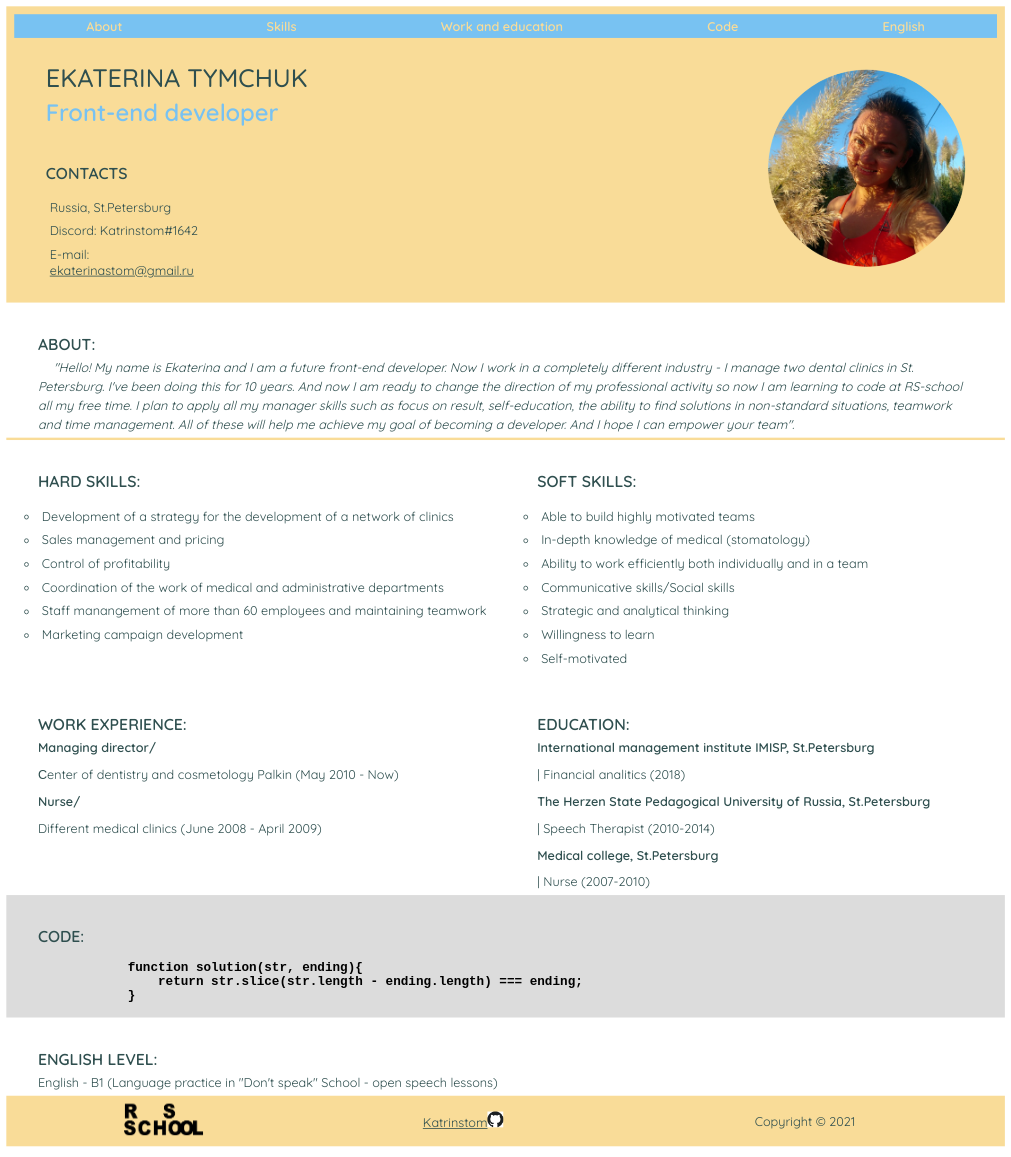
Repository: Katrinstom/rsschool-cv
Page: index.html
These files come from the project's save history. The page is drawn as it stood at one moment and after the next save; the edit follows.
The browser window is 1280 px wide. The pictures show the whole page, at 79% of full size.

Above is the page before, as saved 2022-01-02 23:02:50.

### index.html
<!DOCTYPE html>
<html lang="en">
<head>
    <meta charset="UTF-8">
    <meta http-equiv="X-UA-Compatible" content="IE=edge">
    <meta name="viewport" content="width=device-width, initial-scale=1.0">
    <title>CV</title>
    <link type="text/css" rel="stylesheet" href="style.css"/>
    <link rel="preconnect" href="https://fonts.googleapis.com">
<link rel="preconnect" href="https://fonts.gstatic.com" crossorigin>
<link href="https://fonts.googleapis.com/css2?family=Quicksand:wght@400;500;600&display=swap" rel="stylesheet">
</head>
<body>
    <header class="bigblock section">
            <nav class="nav">
                <ul class="navlist">
                    <li class="nav-item"><a href="#about">About</a></li>
                    <li class="nav-item"><a href="#skills">Skills</a></li>
                    <li class="nav-item"><a href="#workandeducation">Work and education</a></li>
                    <li class="nav-item"><a href="#code">Code</a></li>
                    <li class="nav-item"><a href="#english">English</a></li>
                </ul>
            </nav>
                <img class="pic" src="images/1909_oooo.plus.png" alt="itsme" width="250" height="250">
                <h1>Ekaterina Tymchuk</h1>
                <h2>Front-end developer</h2>
                <h4>Contacts</h4>
                <ul class="nonumber">
                    <li>Russia, St.Petersburg</li>
                    <li>Discord: Katrinstom#1642</li>
                    <li>E-mail:<a href="mailto:ekaterinastom@gmail.com"> ekaterinastom@gmail.ru</a></li>
                </ul>
        </header>
    <main class="section">
        <article>
            <div class="about" id="about">
                <h4>About:</h4>
                <p>"Hello! My name is Ekaterina and I am a future front-end developer. Now I work in a completely different industry - I manage two dental clinics in St. Petersburg. I've been doing this for 10 years. And now I am ready to change the direction of my professional activity so now I am learning to code at RS-school all my free time. I plan to apply all my manager skills such as focus on result, self-education, the ability to find solutions in non-standard situations, teamwork and time management. All of these will help me achieve my goal of becoming a developer. And I hope I can empower your team".</p>
            </div>
        </article>
        <section class="conteiner">
            <div class="skills" id="skills">
                <h4>Hard skills:</h4>
                <ul>
                    <li>Development of a strategy for the development of a network of clinics</li>
                    <li>Sales management and pricing</li>
                    <li>Control of profitability</li>
                    <li>Coordination of the work of medical and administrative departments</li>
                    <li>Staff manangement of more than 60 employees and maintaining teamwork</li>
                    <li>Marketing campaign development</li>
                </ul>
            </div>
            <div class="skills" id="skills">
                <h4>Soft skills:</h4>
                <ul>
                    <li>Able to build highly motivated teams</li>
                    <li>In-depth knowledge of medical (stomatology)</li>
                    <li>Ability to work efficiently both individually and in a team</li>
                    <li>Communicative skills/Social skills</li>
                    <li>Strategic and analytical thinking</li>
                    <li>Willingness to learn</li>
                    <li>Self-motivated</li>
                </ul>
            </div>
        </section>
        <section class="conteiner">
            <div style="clear:both"></div>
            <div class="workandeducation" id="workandeducation">
                <h4>Work experience:</h4>
                <b>Managing director/</b>
                <p>Сenter of dentistry and cosmetology Palkin (May 2010 - Now)</p>
                <b>Nurse/</b>
                <p>Different medical clinics (June 2008 - April 2009)</p>
            </div>
            <div class="workandeducation" id="workandeducation">
                <h4>Education:</h4>
                <b>International management institute IMISP, St.Petersburg</b>
                <p>| Financial analitics (2018)</p>
                <b>The Herzen State Pedagogical University of Russia, St.Petersburg</b>
                <p>| Speech Therapist (2010-2014)</p>
                <b>Medical college, St.Petersburg</b>
                <p>| Nurse (2007-2010)</p>
            </div>
        </section>
        <section>
            <div class="code" id="code">
                <h4>Code:</h4>
                <pre><code>
                function solution(str, ending){
                    return str.slice(str.length - ending.length) === ending;
                }
                </code></pre>
            </div>
            <div class="english" id="english">
            <h4>English level:</h4>
            <p>English - B1 (Language practice in "Don't speak" School - open speech lessons)</p>
            </div>
        </section>
    </main>
        <footer class="footer section">
            <div class="flexcont">
                <a href="https://rs.school/js/"><img src="images/logo-rsschool3.png" alt="logo-rsschool3" width="100" height="40"></a>
                <a href="https://github.com/Katrinstom">Katrinstom<img src="images/gitpic.png" alt="gitlogo" width="20" height="20"></a>
                <p>Copyright © 2021</p>
             </div>
        </footer>
</body>
</html>

### style.css
html {
    scroll-behavior: smooth;
}
.section {
    max-width: 1280px;
    margin: 0 auto;
    flex-direction: column;
}
main {
    display: flex;
}
.bigblock {
    height: auto;
    background-color: #f9dc98;
    padding: 10px;
}
.nav {
    background-color: #78c2f2;
}
.navlist {
    display: flex;
    justify-content: space-around;
    align-items: center;
    padding: 0;
    margin: 0;
}
.nav-item {
    list-style: none;
}
.nav-item a {
    text-decoration: none;
    color: #f9dc98;
    font-weight: 600;
}
.nav-item a:hover {
    background-color:darkslategray;
    transition: 0.5s;
}
body {
    font-family: 'Quicksand', sans-serif;
}
h1 {
  padding: 30px 40px 5px;
  text-align: left;
  font-family:'Quicksand', sans-serif;
  font-weight: 500;
  font-size: 32px;
  text-transform: uppercase;
  color:darkslategray;
  margin: 0;
}
h2 {
    padding: 0px 40px 5px;
    text-align: left;
    font-family:'Quicksand', sans-serif;
    font-size: 30px;
    color:#78c2f2;
    margin: 0;
}
h3 {
    padding: 0px 40px 5px;
    text-align: left;
    font-family:'Quicksand', sans-serif;
    font-size: 25px;
    color:darkgrey;
    margin: 0;
}
h4 {
    font-family:'Quicksand', sans-serif;
    font-size: 20px;
    text-transform: uppercase;
    padding: 40px 40px 0px;
    text-align: left;
    color: darkslategray;
    margin: 0;
}
ul {
    list-style-type:circle;
    padding: auto;
}
.nonumber {
    list-style-type:none;
}
li {
    text-align: left;
    color: darkslategray;
    font-family: 'Quicksand', sans-serif;
    margin: 0;
    padding: 5px 5px 5px;
}
.about {
    border-bottom: solid 3px #f9dc98;
}
.about p {
    text-align: left;
    color: darkslategray;
    font-family: 'Quicksand', sans-serif;
    font-style: italic;
    margin: 0;
    height: auto;
    width: auto;
    padding: 5px 40px 5px;
    line-height: 1.5;
    text-indent: 20px;
}
.english {
    text-align: left;
    color: darkslategray;
    margin: 0;
    height: auto;
    width: auto;
    padding: 0;
}
.conteiner {
    display: flex;
    flex-direction: row;
    justify-content: space-around;
}
.skills {
    text-align: left;
    color: darkslategray;
    font-family: 'Quicksand', sans-serif;
    margin: 0;
    height: auto;
    width: 50%;
    padding: 0;
}
.workandeducation {
    text-align: left;
    color: darkslategray;
    font-family: 'Quicksand', sans-serif;
    margin: 0;
    height: auto;
    width: 50%;
    padding: 0;
}
.pic {
    border-radius: 50%;
    float: right;
    padding: 40px;
}
p, b {
    display: block;
    text-align: left;
    color: darkslategray;
    font-family: 'Quicksand', sans-serif;
    margin: 0;
    height: auto;
    width: auto;
    padding: 5px 40px 5px;
    line-height: 1.5;
}
pre {
    margin: 0;
}
.code {
    text-align: left;
    background-color: gainsboro;
    display: block;
    font-size: 16px;
    font-weight: 600;
}
.flexcont {
    display: flex;
    flex-direction: row;
    justify-content: space-around;
    align-items: center;
}
a {
    display: block;
}
li a {
    color: darkslategray;
}
footer a {
    color: darkslategray;
}
.footer {
    height: auto;
    background-color: #f9dc98;
    padding: 10px;
}

After the next save:
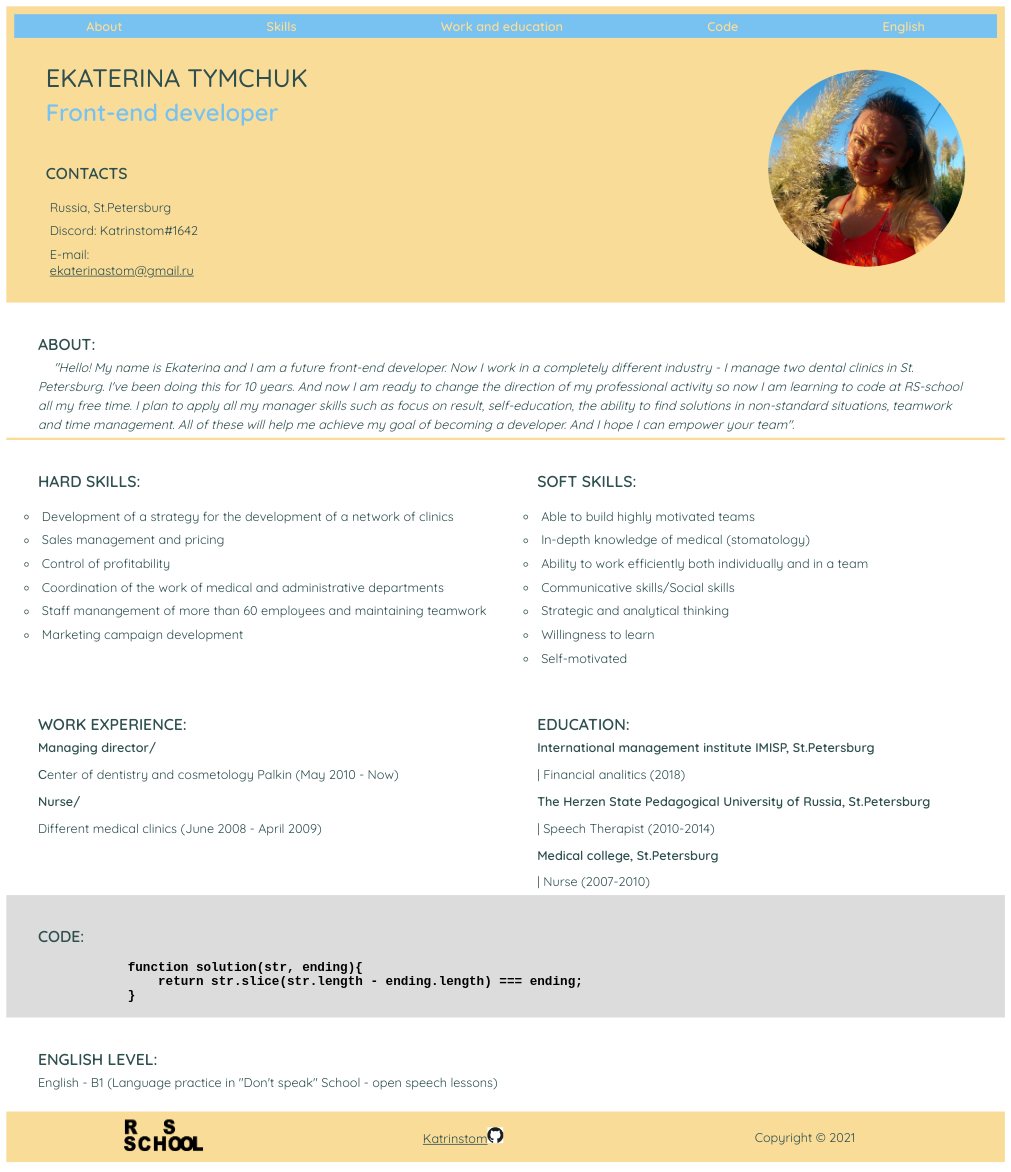
Saved 3 min 7 s later.
--- a/style.css
+++ b/style.css
@@ -106,10 +106,11 @@ li {
 .english {
     text-align: left;
     color: darkslategray;
-    margin: 0;
+    margin-bottom: 20px;
     height: auto;
     width: auto;
     padding: 0;
+
 }
 .conteiner {
     display: flex;
